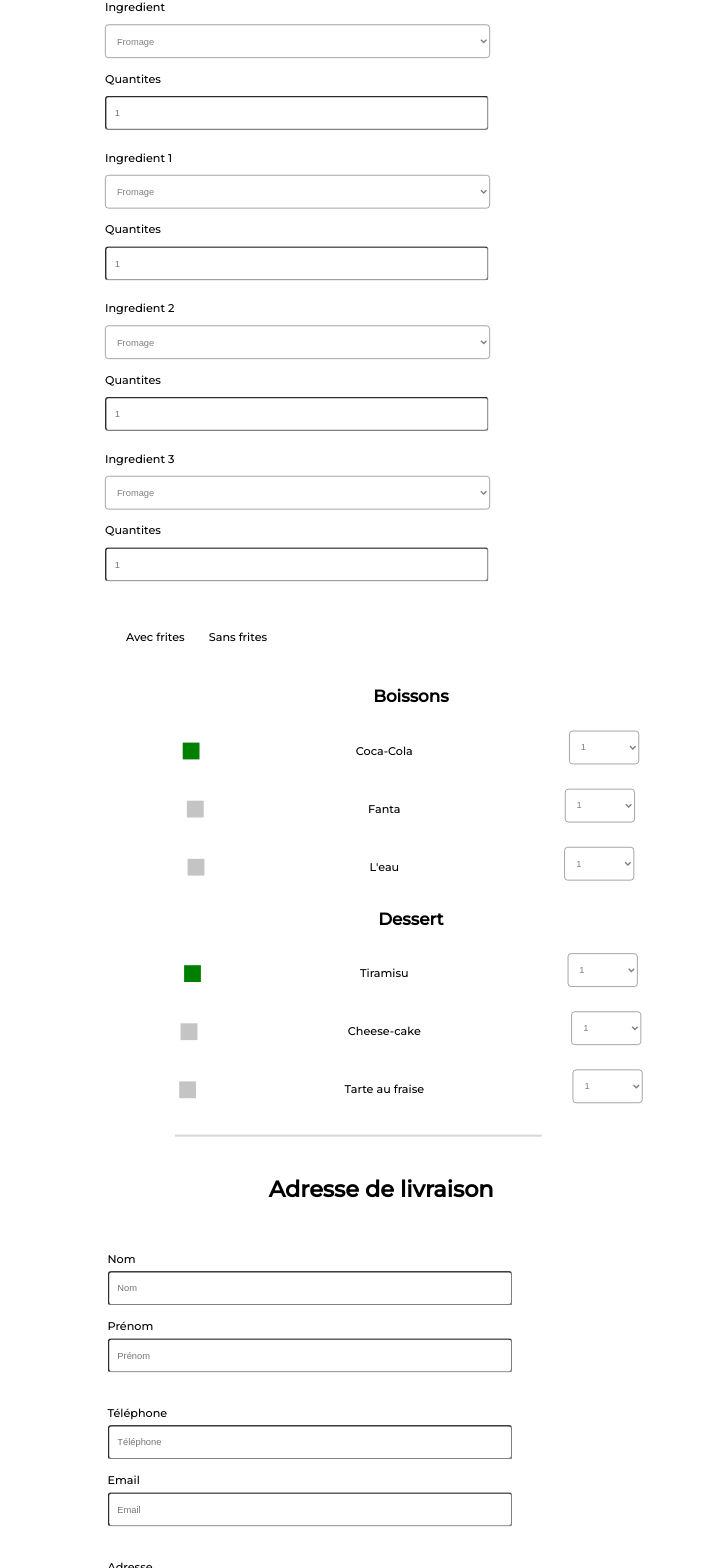
Repository: Ahlam-belhadj/bella-olange
Page: index2.html
These files come from the project's save history. The page is drawn as it stood at one moment and after the next save; the edit follows.
The browser window is 1024 px wide. The pictures show the part of the page from y = 1667 to 3907 px (the page is 4501 px tall), at 70% of full size.

Above is the page before, as saved 2023-02-14 15:12:54.

After the next save:
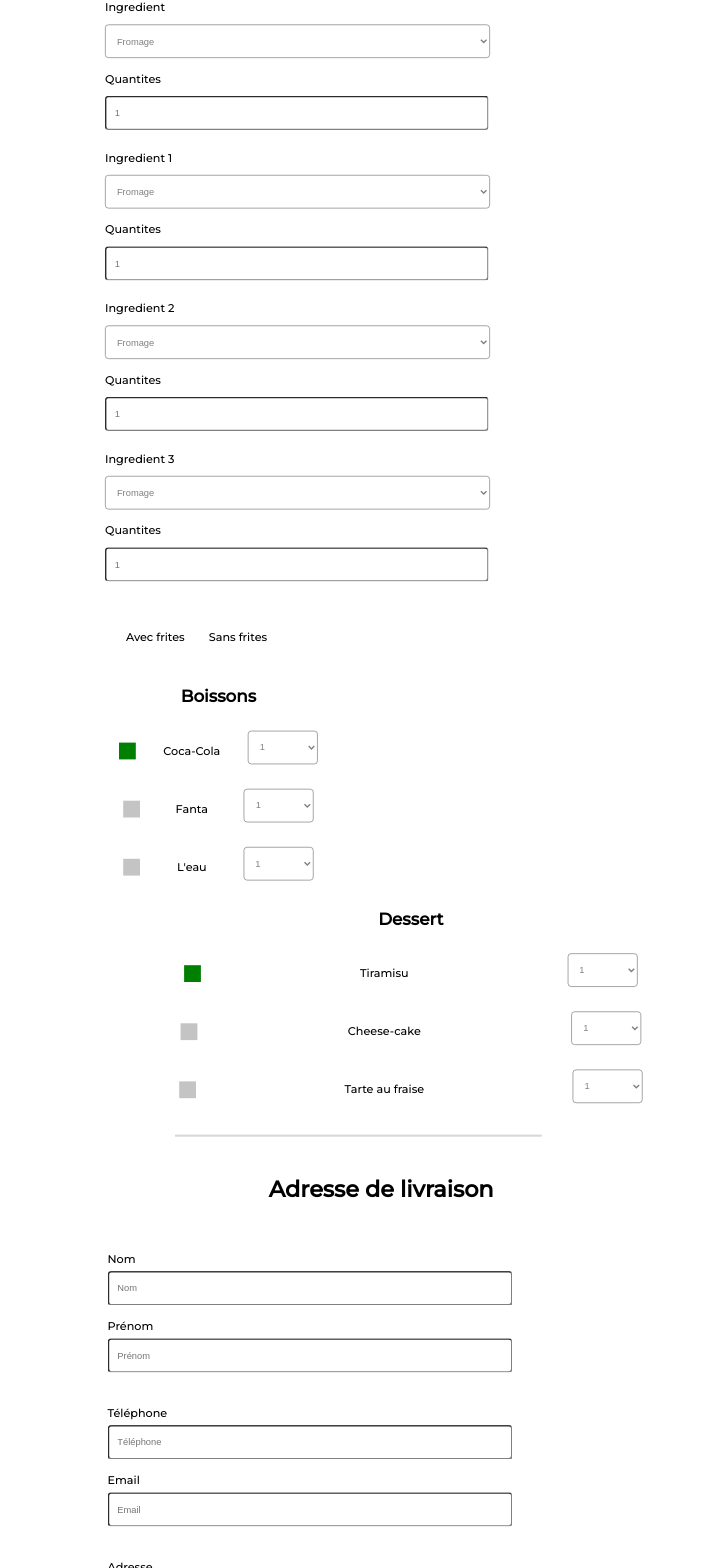
Saved 87 s later.
--- a/style2.css
+++ b/style2.css
@@ -494,5 +494,7 @@ h1{
 .commande {
   margin-left: 150px;
 }
-
-}
+.content_of_boisson {
+  padding-right: 550px;
+}
+}
